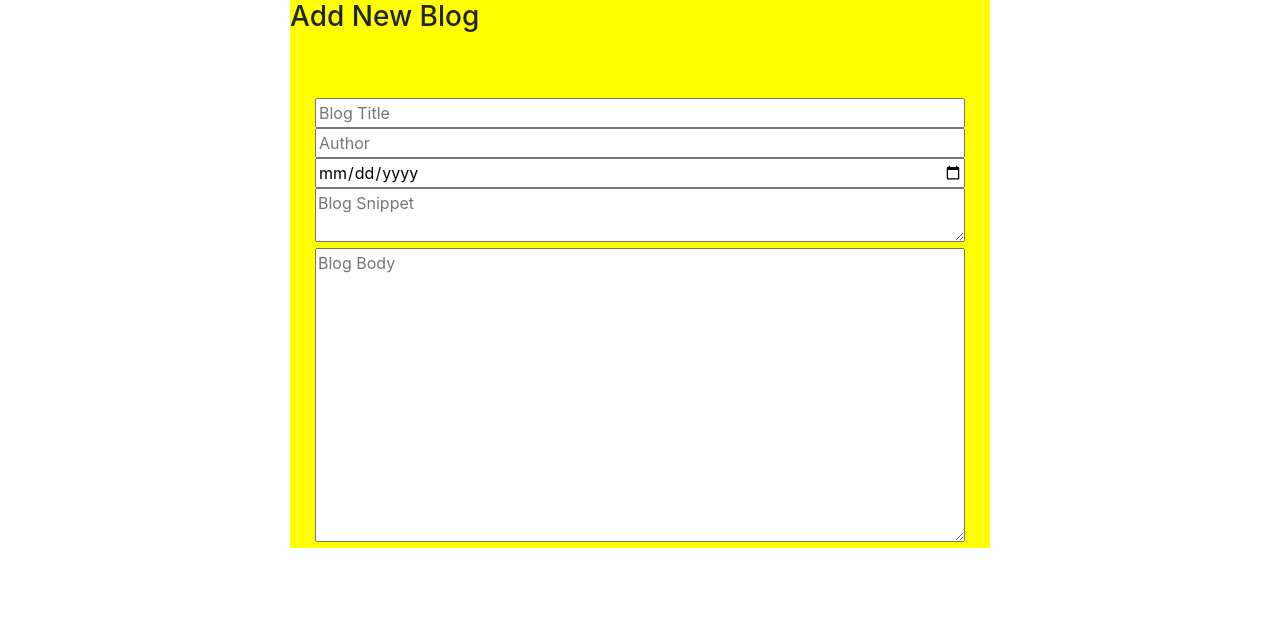
Repository: just-mann/just-blog
Page: http://localhost/add-blog
These files come from the project's save history. The page is drawn as it stood at one moment and after the next save; the edit follows.
The browser window is 1280 px wide. The pictures show the whole page.
The page is served by the project's Node server (index.js).

Above is the page before, as saved 2022-01-29 12:33:03.

After the next save:
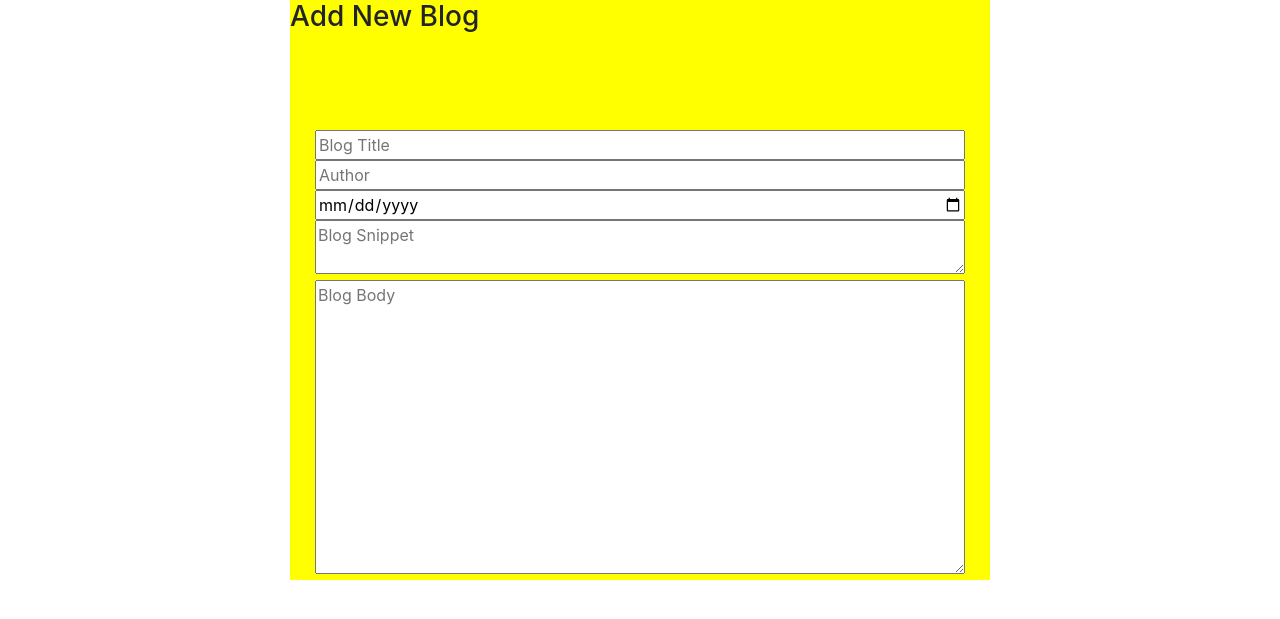
Saved 6 s later.
--- a/public/app.css
+++ b/public/app.css
@@ -8,7 +8,7 @@
 
 form {
     max-width: 650px;
-    margin: 4rem auto;
+    margin: 6rem auto;
 }
 
 form div {
